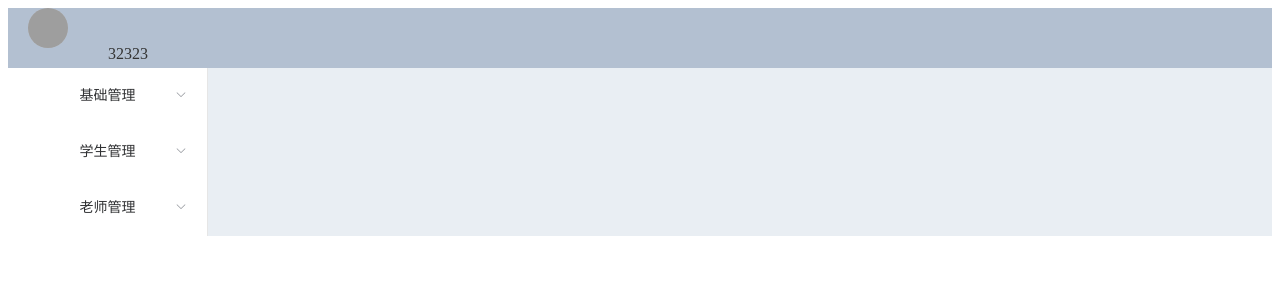
Repository: lwm9704/school-front
Page: /#/home
The author's editor kept a copy of each file at every save. The page is drawn from the files as they stood at one save, then again after the next save.
The browser window is 1280 px wide. The pictures show the whole page.
Pictures or frames that could not be fetched are drawn as grey boxes. The project was rebuilt for these pictures with package versions that can differ from the ones it lists, and the page was loaded fresh each time. Also part of the build but not shown: src/view/login.vue.

Above is the page before, as saved 2021-11-15 14:58:14.

After the next save:
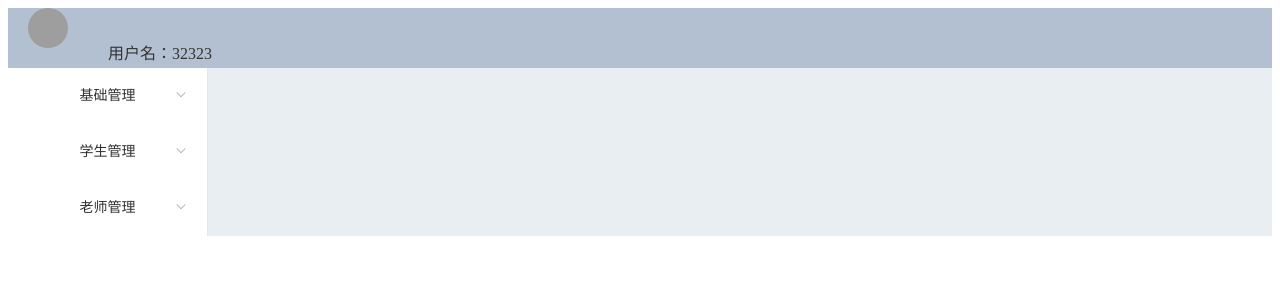
Saved 39 s later.
--- a/src/components/myHeader.vue
+++ b/src/components/myHeader.vue
@@ -8,12 +8,12 @@
     <div class="userInfo">
       <dl>
         <dd>
-          <span label="用户名">{{userInfo.account}}</span>
+          <span>用户名：{{userInfo.account}}</span>
         </dd>
       </dl>
       <dl>
         <dd>
-          <span label="角色">{{userInfo.role}}</span>
+          <span>角色：{{userInfo.role}}</span>
         </dd>
       </dl>
     </div>
